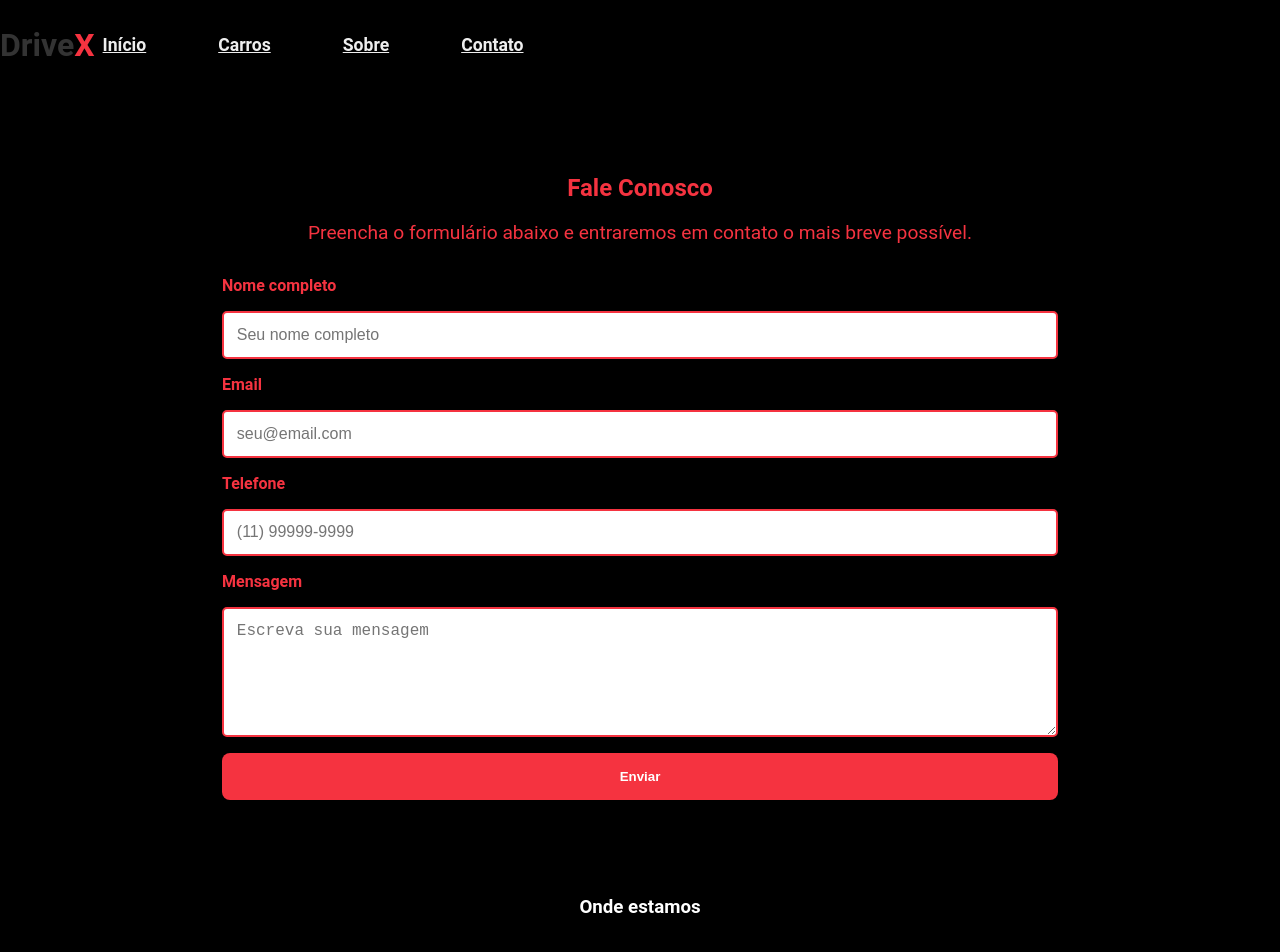
Repository: Mateushlp/DriveX
Page: contato.html
An editor plug-in stored every save of this project. The page is shown before and after the next save, followed by the edit.
The browser window is 1280 px wide. The pictures show the part of the page from y = 0 to 952 px (the page is 1433 px tall before and 1453 px after).
Pictures or frames that could not be fetched are drawn as grey boxes.

Above is the page before, as saved 2025-06-23 22:50:32.

### contato.html
<!DOCTYPE html>
<html lang="pt-BR">
<head>
  <meta charset="UTF-8" />
  <meta name="viewport" content="width=device-width, initial-scale=1" />
  <title>DriveX - Contato</title>
  <link rel="stylesheet" href="contatos.css" />
</head>
<body>
  <header class="cabecalho">
    <div class="container">
      <h1>Drive<strong>X</strong></h1>
      <nav>
      <nav>
      <ul class="menu">
        <li><a href="index.html">Início</a></li>
        <li><a href="carros.html">Carros</a></li>
        <li><a href="sobre.html">Sobre</a></li>
        <li><a href="contato.html" class="ativo">Contato</a></li>
      </ul>
    </nav>
    </div>
  </header>

  <main>
    <section class="contato-section">
      <h2>Fale Conosco</h2>
      <p>Preencha o formulário abaixo e entraremos em contato o mais breve possível.</p>

      <form id="form-contato">
        <label for="nome">Nome completo</label>
        <input type="text" id="nome" name="nome" required placeholder="Seu nome completo" />

        <label for="email">Email</label>
        <input type="email" id="email" name="email" required placeholder="seu@email.com" />

        <label for="telefone">Telefone</label>
        <input type="tel" id="telefone" name="telefone" placeholder="(11) 99999-9999" />

        <label for="mensagem">Mensagem</label>
        <textarea id="mensagem" name="mensagem" rows="5" required placeholder="Escreva sua mensagem"></textarea>

        <button type="submit" class="btn-enviar">Enviar</button>
      </form>

      <p id="resposta-contato" class="resposta"></p>
    </section>

    <section class="mapa-section">
      <h3>Onde estamos</h3>
      <iframe
        src="https://www.google.com/maps/embed?pb=!1m18!1m12!1m3!1d3656.910621564848!2d-46.65915618444137!3d-23.564723284678864!2m3!1f0!2f0!3f0!3m2!1i1024!2i768!4f13.1!3m3!1m2!1s0x94ce59b1ee1e495b%3A0x3995f41db290dede!2sAv.%20Paulista%2C%201313%20-%20Bela%20Vista%2C%20S%C3%A3o%20Paulo%20-%20SP!5e0!3m2!1spt-BR!2sbr!4v1687206503256!5m2!1spt-BR!2sbr"
        width="600"
        height="450"
        style="border:0;"
        allowfullscreen=""
        loading="lazy"
        referrerpolicy="no-referrer-when-downgrade"
      ></iframe>
    </section>
  </main>

  <footer class="rodape">
    <p>&copy; 2025 DriveX. Todos os direitos reservados.</p>
    <p>Contato: contato@drivex.com | (11) 99999-9999</p>
  </footer>

  <script src="contato.js"></script>
</body>
</html>

### contatos.css
body {
  font-family: 'Roboto', sans-serif;
  background: #f4f4f4;
  margin: 0;
  color: #333;
  background:#000
}


.cabecalho,
.container {
  display: flex;
  justify-content: space-between;
  align-items: center;
}

.menu {
  display: flex;
  justify-content: center;
  gap: 3.5rem;
  padding: 1.2rem 0;
  list-style: none;
}

.menu li a {
  color: #eee;
  font-weight: 700;
  font-size: 1.1rem;
  padding: 0.3rem 0.5rem;
  border-radius: 6px;
  transition: background-color 0.3s ease, color 0.3s ease;
}

.menu li a:hover {
  background-color: #f53340;
  color: #222;
  box-shadow: 0 2px 10px #f53340;
}

main {
  max-width: 900px;
  margin: 2rem auto;
  padding: 0 1rem;
}

.contato-section {
  background: #000;
  padding: 2rem;
  border-radius: 10px;
  box-shadow: 0 4px 10px rgba(0,0,0,0.1);
  margin-bottom: 2rem;
}

label{
    color: #f53340;
}


.contato-section h2 {
  margin-bottom: 1rem;
  text-align: center;
  color: #f53340;
}

.contato-section p {
  margin-bottom: 2rem;
  text-align: center;
  color: #f53340;
  font-size: 1.2rem;
}

form {
  display: flex;
  flex-direction: column;
  gap: 1rem;
}

label {
  font-weight: 600;
}

input[type="text"],
input[type="email"],
input[type="tel"],
textarea {
  padding: 0.8rem;
  border-radius: 5px;
  border: 2px solid #f53340;
  font-size: 1rem;
  resize: vertical;
}

textarea {
  min-height: 100px;
  color: #000;
}

.btn-enviar {
  background-color: #f53340;
  color: #fff;
  border: none;
  padding: 1rem;
  border-radius: 8px;
  font-weight: bold;
  cursor: pointer;
  transition: background-color 0.3s;
}

.btn-enviar:hover {
  background-color: #f53340;
}

.resposta {
  margin-top: 1rem;
  font-weight: 600;
  color: green;
  text-align: center;
}

.mapa-section {
  text-align: center;
}

.mapa-section h3 {
  margin-bottom: 1rem;
  color: #fff;
}

iframe {
  width: 100%;
  max-width: 600px;
  height: 400px;
  border: none;
  border-radius: 10px;
}

.rodape {
  margin-top: 1rem;
  color: #fff;
  font-size: 0.9rem;
}

/* Responsivo */
@media (max-width: 600px) {
  .container {
    flex-direction: column;
    gap: 1rem;
  }
}

strong {
  color: #f53340;
}

### contato.js
const formContato = document.getElementById('form-contato');
const respostaContato = document.getElementById('resposta-contato');

formContato.addEventListener('submit', (e) => {
  e.preventDefault();

  const nome = formContato.nome.value.trim();
  const email = formContato.email.value.trim();
  const telefone = formContato.telefone.value.trim();
  const mensagem = formContato.mensagem.value.trim();

  if(!nome || !email || !mensagem){
    respostaContato.style.color = 'red';
    respostaContato.textContent = 'Por favor preencha os campos obrigatórios: nome, email e mensagem.';
    return;
  }

  // Aqui você pode fazer um envio via fetch/ajax se quiser ou só mostrar a mensagem de sucesso
  respostaContato.style.color = 'green';
  respostaContato.textContent = `Obrigado ${nome} pelo contato. Responderemos em breve!`;

  formContato.reset();
});

After the next save:
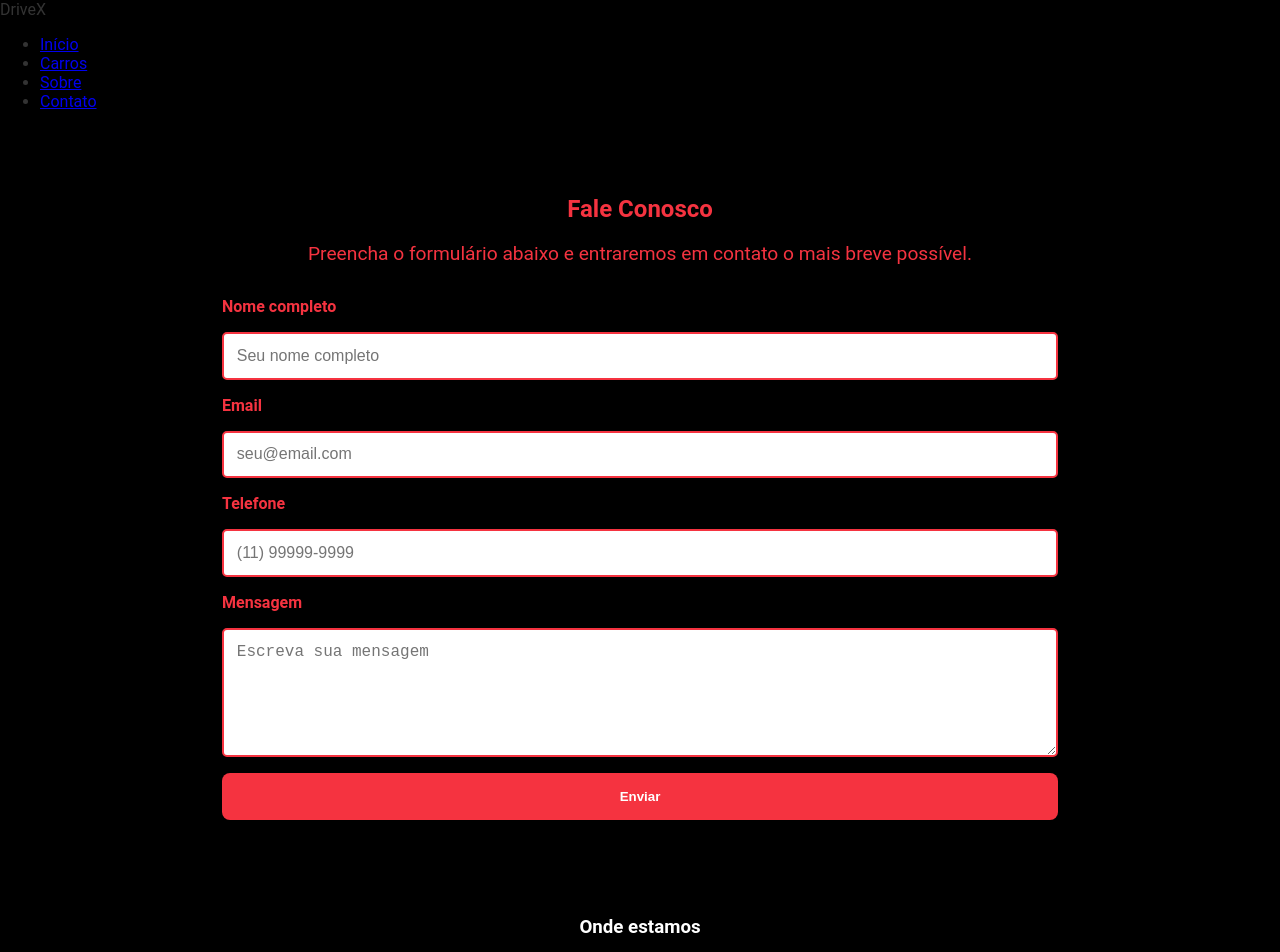
Saved 113 s later.
--- a/contato.html
+++ b/contato.html
@@ -2,24 +2,21 @@
 <html lang="pt-BR">
 <head>
   <meta charset="UTF-8" />
-  <meta name="viewport" content="width=device-width, initial-scale=1" />
+  <meta name="viewport" content="width=device-width, initial-scale=1.0"/>
   <title>DriveX - Contato</title>
   <link rel="stylesheet" href="contatos.css" />
 </head>
 <body>
-  <header class="cabecalho">
-    <div class="container">
-      <h1>Drive<strong>X</strong></h1>
-      <nav>
-      <nav>
-      <ul class="menu">
+  <header>
+    <div class="logo">Drive<span>X</span></div>
+    <nav>
+      <ul>
         <li><a href="index.html">Início</a></li>
         <li><a href="carros.html">Carros</a></li>
         <li><a href="sobre.html">Sobre</a></li>
         <li><a href="contato.html" class="ativo">Contato</a></li>
       </ul>
     </nav>
-    </div>
   </header>
 
   <main>
@@ -50,13 +47,10 @@
       <h3>Onde estamos</h3>
       <iframe
         src="https://www.google.com/maps/embed?pb=!1m18!1m12!1m3!1d3656.910621564848!2d-46.65915618444137!3d-23.564723284678864!2m3!1f0!2f0!3f0!3m2!1i1024!2i768!4f13.1!3m3!1m2!1s0x94ce59b1ee1e495b%3A0x3995f41db290dede!2sAv.%20Paulista%2C%201313%20-%20Bela%20Vista%2C%20S%C3%A3o%20Paulo%20-%20SP!5e0!3m2!1spt-BR!2sbr!4v1687206503256!5m2!1spt-BR!2sbr"
-        width="600"
-        height="450"
-        style="border:0;"
         allowfullscreen=""
         loading="lazy"
-        referrerpolicy="no-referrer-when-downgrade"
-      ></iframe>
+        referrerpolicy="no-referrer-when-downgrade">
+      </iframe>
     </section>
   </main>
 
